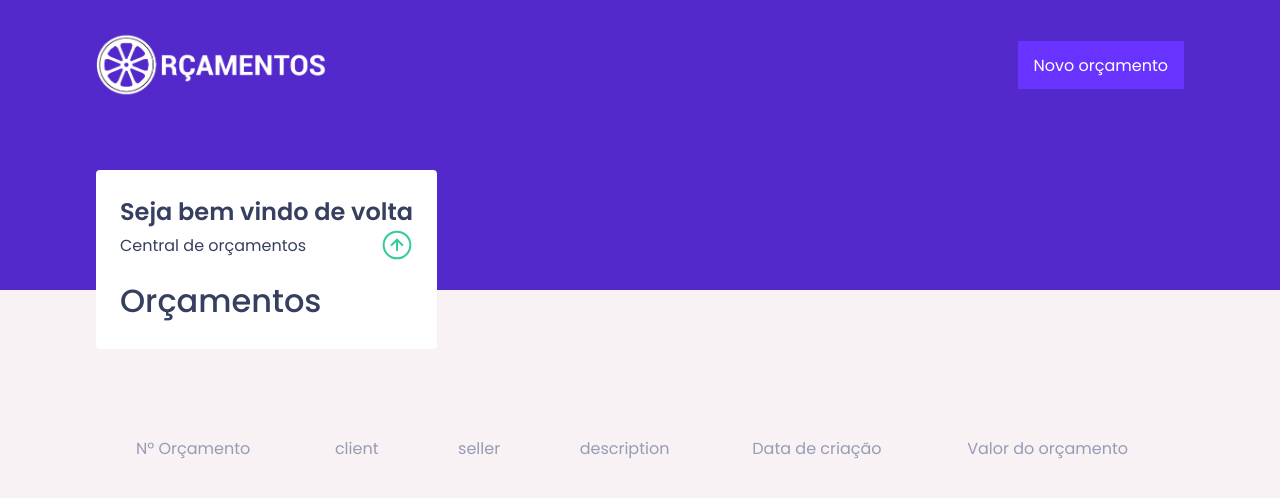
Repository: soualexandre/frentend-botOrcamentos
Page: /
The author's editor kept a copy of each file at every save. The page is drawn from the files as they stood at one save, then again after the next save.
The browser window is 1280 px wide. The pictures show the whole page.
The page's requests for data from a server got no answer. The project was rebuilt for these pictures with package versions that can differ from the ones it lists, and the page was loaded fresh each time. No one was signed in, and anything a server would have sent is missing.

Above is the page before, as saved 2021-07-20 16:44:45.

After the next save:
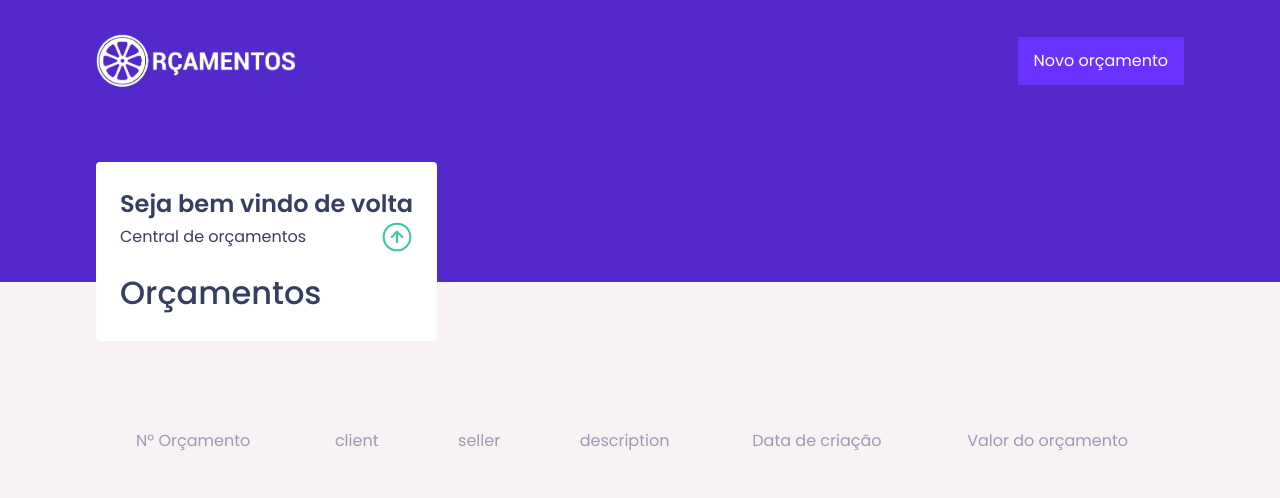
Saved 17 s later.
--- a/src/components/Header/styles.ts
+++ b/src/components/Header/styles.ts
@@ -30,6 +30,6 @@
 
     }
     img{
-        width: 230px;
+        width: 200px;
     }
 `;
